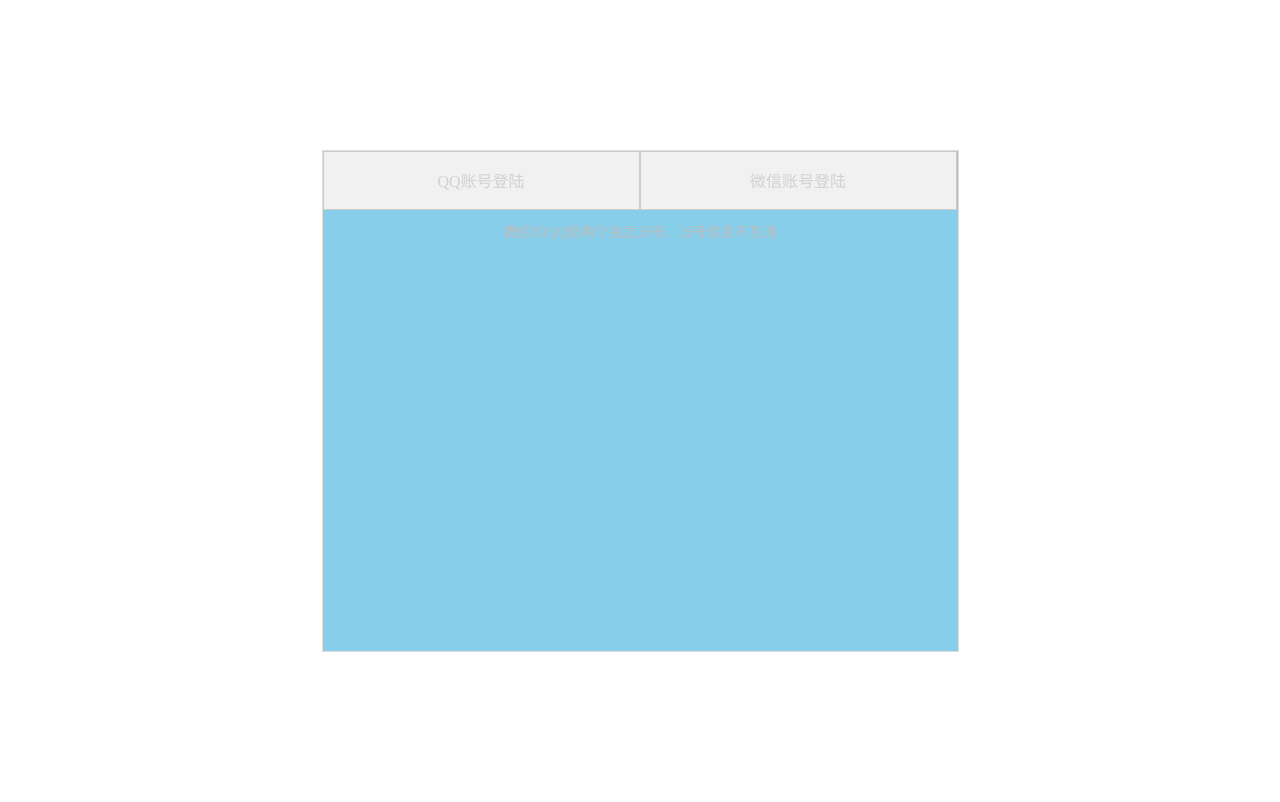
Repository: hanyaping3/tengxun2011
Page: src/denglu.html
The author's editor kept a copy of each file at every save. The page is drawn from the files as they stood at one save, then again after the next save.
The browser window is 1280 px wide. The pictures show the whole page.
The style sheet was rebuilt from its Sass, Less or Tailwind sources for each picture, by a compiler version that may differ from the author's.

Above is the page before, as saved 2021-01-29 17:04:35.

### src/denglu.html
<!DOCTYPE html>
<html lang="en">

<head>
    <meta charset="UTF-8">
    <meta name="viewport" content="width=device-width, initial-scale=1.0">
    <meta http-equiv="X-UA-Compatible" content="ie=edge">
    <title>Document</title>
    <link rel="stylesheet" href="css/reset.css">
    <link rel="stylesheet" href="css/denglu.css">

</head>

<body>
    <div id="wrap">
        <div id="wrap-top">
            <li>QQ账号登陆</li>
            <li>微信账号登陆</li>
        </div>
        <p>微信和QQ是两个独立账号，账号信息不互通</p>
        <div id="form-qq">
            <h2>账号密码登录</h2>
            <input type="text" placeholder="支持qq号/邮箱/手机号登录">
            <br>
            <input type="text" placeholder="密码">
            <div class="btn-deng">
                <a href="">登 &nbsp;录</a>
            </div>
            <div class="toreg">
                <a href="">注册新账号</a>
            </div>

        </div>
        <div id="form-weixin">
            <h2>微信登录</h2>
           <img src="img/erweima.jpg" alt="">
            <h3>请使用微信扫描二维码登录
                <br> “聚诚品”
            </h3>

        </div>
    </div>
</body>

</html>

### src/scss/reset.scss
/* 清除浏览器的默认间距 */
@charset "utf-8";
*{
    margin: 0;padding: 0
}
/* 清除b、strong标签的默认样式 */
h2,h3,h4,h5,h6,b,strong{
    font-weight: normal
}
/* 清除i、em标签的默认样式 */
i,em{
    font-style: normal
}
/* 清除a、u标签的默认下划线 */
a,u{
    text-decoration: none
}
/* 清除列表默认样式符号 */
ul,li{
    list-style: none
}
/* 解决行内块元素基线对齐的问题 */
img,input{
    vertical-align: middle
}

### src/scss/denglu.scss
@charset "utf-8";
#wrap{
    width:635px;
    height:500px;
    margin:150px auto;
    border: 1px solid #ddd;
    background: skyblue;
    text-align: center;
    position: relative;
}
#wrap-top li{
    float: left;
    width:311px;
    height:53px;
    line-height: 55px;
    background: #F1F1F1;
    color: #d1d1d1;
    border: 1px solid #ccc;
    padding: 2px;
    cursor: pointer;
}
#wrap p{
    font-size: 14px;
    line-height: 46px;
    color: #bbb
}
#form-qq{
    width:635px;
    position: absolute;
    display: none;
}
#form-qq h2{
    font-size: 20px;
    margin-top: 54px;
}
#form-qq input{
    outline: none;
    width:270px;
    height:40px;
    border: 1px solid #ccc;
    border-radius: 5px;
    margin:15px 0;
    color: #bbb;
    text-indent: 20px
}
#form-qq .btn-deng{
    width:270px;
    height:40px;
    line-height:40px;
    font-size: 20px;
    background: #86ce2f;
    border-radius: 5px;
    margin-left:182px;
}
#form-qq .btn-deng a{
    color: #fff;
}
#form-qq .toreg{
    margin-top:100px;
    margin-left:500px;
    font-size: 14px
}
#form-qq .toreg a{
    color: #000;
}
#form-weixin{
     display: none;
}
#form-weixin h2{
    font-size: 20px;
    margin-bottom: 20px;
}
#form-weixin img{
    padding: 10px;
    border: 1px solid #ccc;
    width:260px;
    height:260px;
}
#form-weixin h3{
    font-size: 12px;
    line-height: 26px;
}

After the next save:
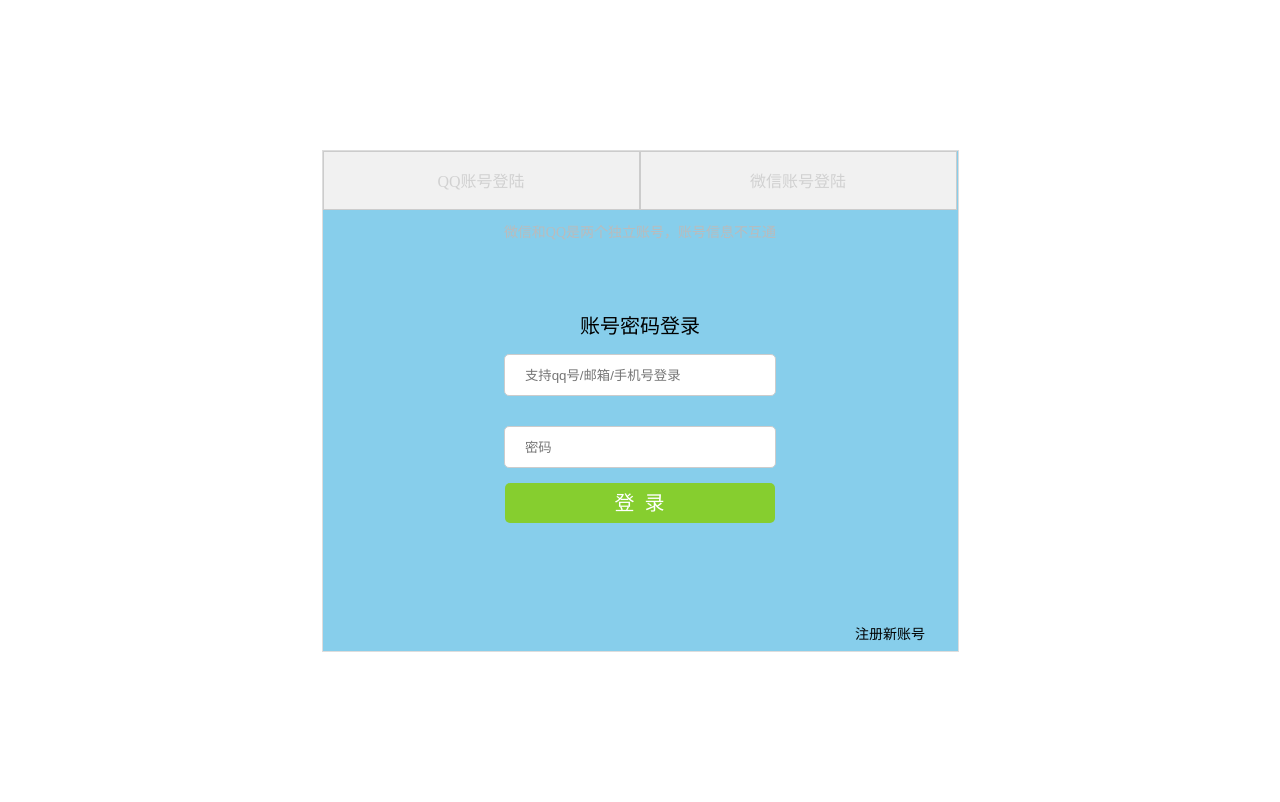
Saved 6 s later.
--- a/src/scss/denglu.scss
+++ b/src/scss/denglu.scss
@@ -27,7 +27,7 @@
 #form-qq{
     width:635px;
     position: absolute;
-    display: none;
+    // display: none;
 }
 #form-qq h2{
     font-size: 20px;
